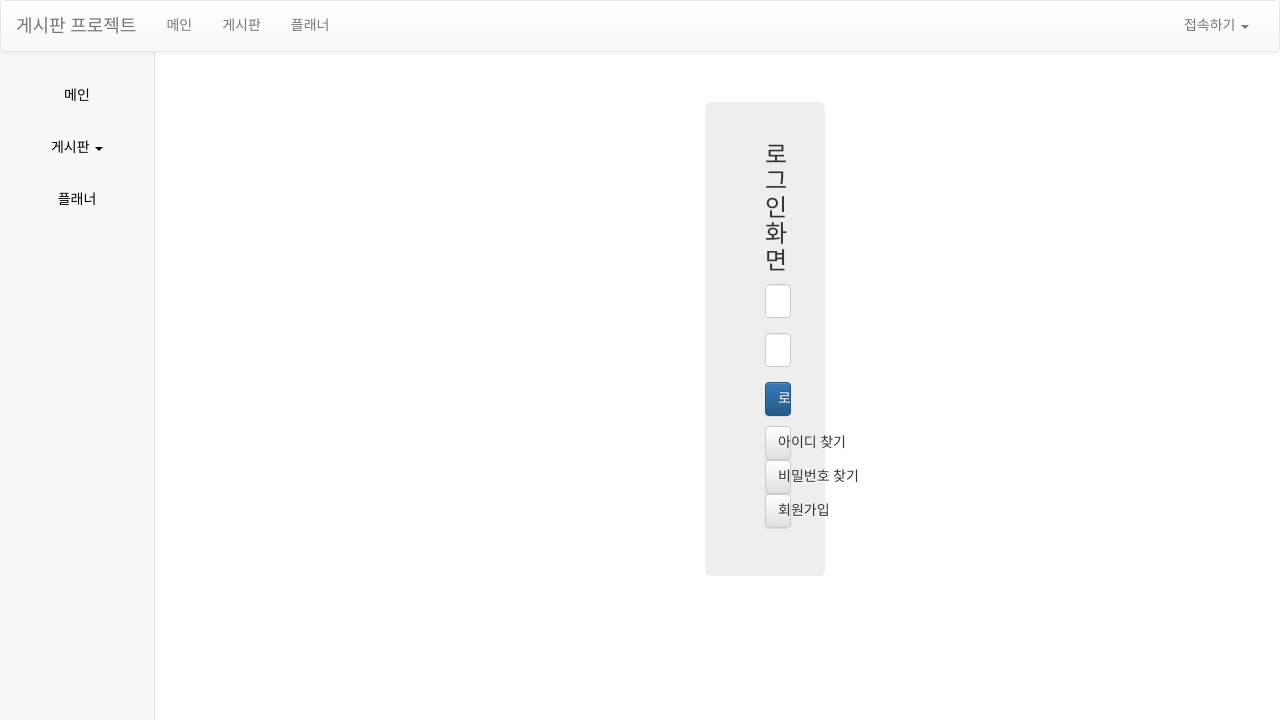
Repository: Seok7975/Project_PlannerSharingBoard
Page: http://localhost/ToDoList공유_게시판_ver3/id/login.jsp
These files come from the project's save history. The page is drawn as it stood at one moment and after the next save; the edit follows.
The browser window is 1280 px wide. The pictures show the whole page.
Some web fonts or font styles are not loaded; a fallback is used. Some web libraries are served in a nearby version. The page is served by Tomcat 9.

Above is the page before, as saved 2024-07-05 05:40:44.

After the next save:
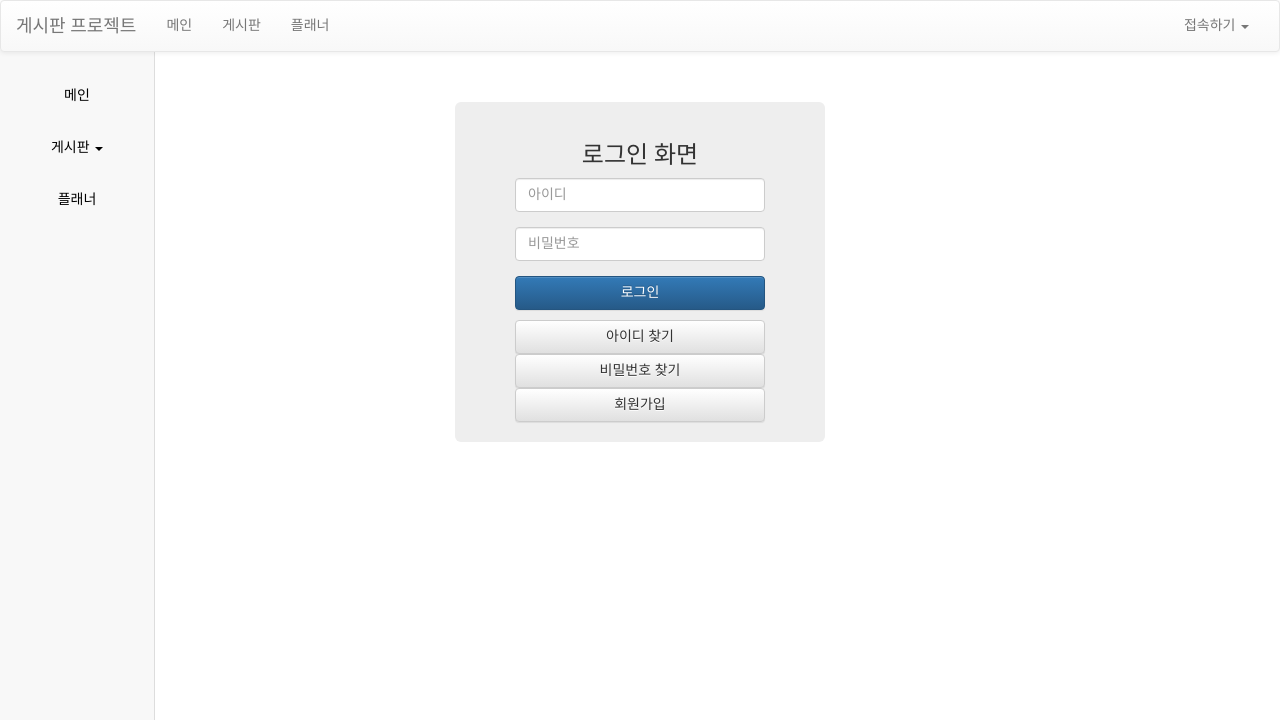
Console error: SyntaxError: Unexpected token '<'
Saved 87 s later.
--- a/List_Projects_ver3/ToDoList공유 게시판_ver3/src/main/webapp/id/login.jsp
+++ b/List_Projects_ver3/ToDoList공유 게시판_ver3/src/main/webapp/id/login.jsp
@@ -240,8 +240,15 @@
         }
 
         .jumbotron {
-            padding-top: 20px;
+            padding: 20px;
+            text-align: center;
         }
+
+        .form-group {
+            margin-bottom: 15px;
+        }
+    </style>
+    <script>
     </style>
     <script>
     //제이쿼리로 짜보고

After the save that followed:
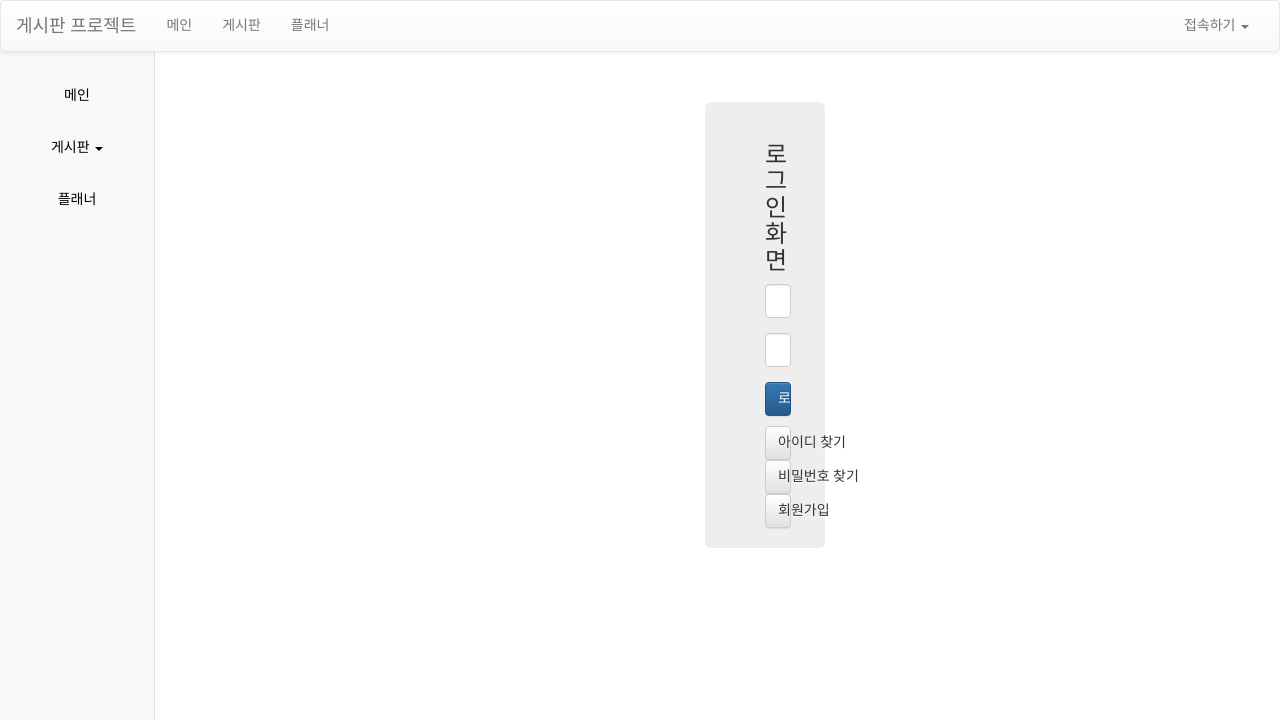
The error is gone.
Saved 2 min 18 s later.
--- a/List_Projects_ver3/ToDoList공유 게시판_ver3/src/main/webapp/id/login.jsp
+++ b/List_Projects_ver3/ToDoList공유 게시판_ver3/src/main/webapp/id/login.jsp
@@ -233,24 +233,22 @@
 <script src="https://cdn.jsdelivr.net/npm/bootstrap@3.3.7/dist/js/bootstrap.min.js" integrity="sha384-Tc5IQib027qvyjSMfHjOMaLkfuWVxZxUPnCJA7l2mCWNIpG9mGCD8wGNIcPD7Txa" crossorigin="anonymous"></script>
 <link rel="stylesheet" href="css/jumbotronCustom.css">
 <title>JSP 게시판 웹 사이트</title>
-    <style>
-        .login-container {
-            max-width: 400px;
-            margin: 50px auto;
-        }
-
-        .jumbotron {
-            padding: 20px;
-            text-align: center;
-        }
-
-        .form-group {
-            margin-bottom: 15px;
-        }
-    </style>
-    <script>
-    </style>
-    <script>
+<style>
+    .login-container {
+        max-width: 400px;
+        margin: 50px auto;
+    }
+
+    .jumbotron {
+        padding: 20px;
+        text-align: center;
+    }
+
+    .form-group {
+        margin-bottom: 15px;
+    }
+</style>
+<script>
     //제이쿼리로 짜보고
     $(document).ready(function() {
         function toggleSidebar() {
@@ -281,7 +279,7 @@
             }
         });
     });
-    </script>
+</script>
 </head>
 <body>
     <div class="sidebar">
